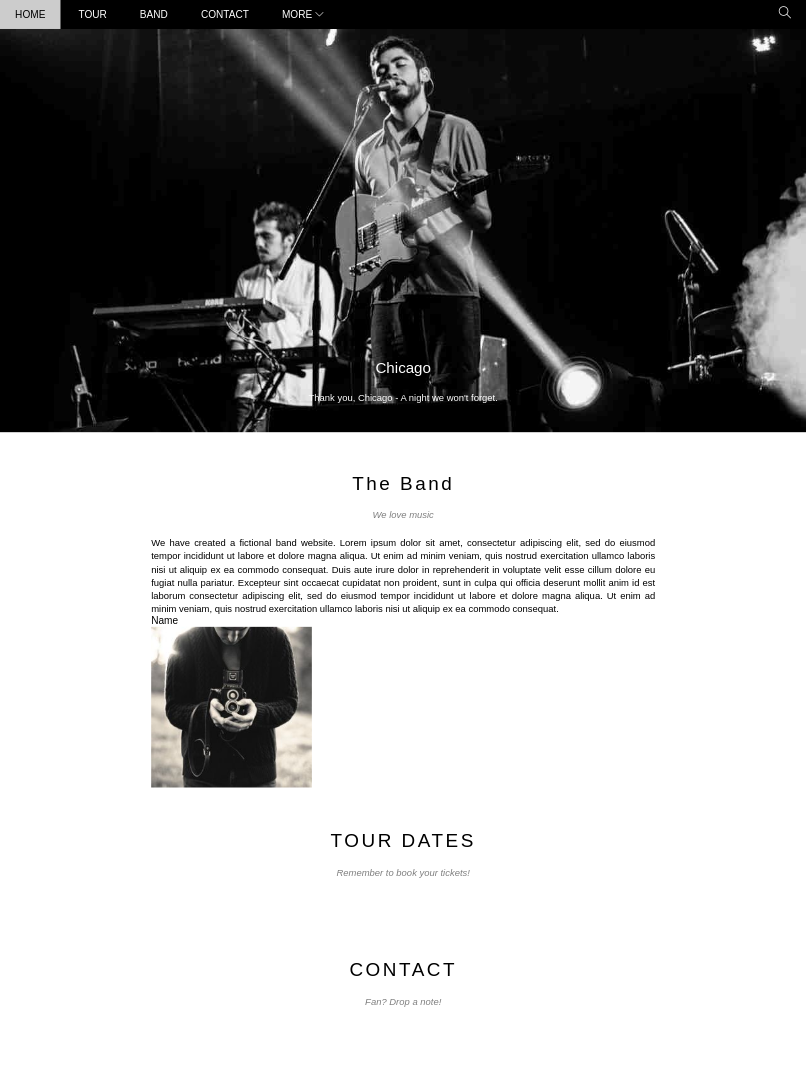
Repository: ducvui2003/LTCB
Page: index.html
These files come from the project's save history. The page is drawn as it stood at one moment and after the next save; the edit follows.
The browser window is 1280 px wide. The pictures show the whole page, at 63% of full size.

Above is the page before, as saved 2022-01-08 10:46:55.

### index.html
<!DOCTYPE html>
<html lang="en">

<head>
    <meta charset="UTF-8">
    <meta http-equiv="X-UA-Compatible" content="IE=edge">
    <meta name="viewport" content="width=device-width, initial-scale=1.0">
    <title>The Band W3_School</title>
    <link rel="stylesheet" href="./assest/Css/styles.css">
    <link rel="stylesheet" href="./assest/Fonts/themify-icons-font (1)/themify-icons/themify-icons.css">
</head>

<body>
    <div id="main">
        <!-- Begin: Header -->
        <div id="header">
            <!-- Begin: Nav -->
            <ul id="nav">
                <li>
                    <a href="">Home</a>
                </li>
                <li>
                    <a href="">Tour</a>
                </li>
                <li>
                    <a href="">Band</a>
                </li>
                <li>
                    <a href="">Contact</a>
                </li>
                <li>
                    <a href="">
                        More
                        <!-- icons -->
                        <i class="nav-arrow-down ti-angle-down"></i>
                    </a>
                    <ul class="subnav">
                        <li>
                            <a href="">Merchandise</a>
                        </li>
                        <li>
                            <a href="">Extras</a>
                        </li>
                        <li>
                            <a href="">Media</a>
                        </li>
                    </ul>
                </li>
            </ul>
            <!-- End: Nav -->
            <!-- Begin: Search button -->
            <div class="search-button">
                <i class="search-icon ti-search"></i>
            </div>
            <!-- End: Search button -->
        </div>
        <!-- End: Header -->

        <!-- Begin: Slides -->
        <div id="slides">
            <div class="text-content">
                <h2 class="text-heading">Chicago</h2>
                <div class="text-paragraph">Thank you, Chicago - A night we won't forget.
                </div>
            </div>
        </div>
        <!-- End: Slides -->

        <!-- Begin: Content -->
        <div id="content">

            <!-- About section -->
            <div class="content-section">
                <h1 class="section-heading">The Band</h1>
                <p class="section-sub-heading">We love music

                </p>
                <p class="content-text">We have created a fictional band website. Lorem ipsum dolor sit amet, consectetur adipiscing elit, sed do eiusmod tempor incididunt ut labore et dolore magna aliqua. Ut enim ad minim veniam, quis nostrud exercitation ullamco laboris nisi
                    ut aliquip ex ea commodo consequat. Duis aute irure dolor in reprehenderit in voluptate velit esse cillum dolore eu fugiat nulla pariatur. Excepteur sint occaecat cupidatat non proident, sunt in culpa qui officia deserunt mollit anim
                    id est laborum consectetur adipiscing elit, sed do eiusmod tempor incididunt ut labore et dolore magna aliqua. Ut enim ad minim veniam, quis nostrud exercitation ullamco laboris nisi ut aliquip ex ea commodo consequat.</p>
                <div class="member-list">
                    <div class="member-item">
                        <p class="member-name">Name</p>
                        <img src="./assest/Img/membersAvatar.jpg" alt="Name" class="member-avatar">
                    </div>
                </div>

                <!-- Tour section -->
                <div class="content-section">
                    <h1 class="section-heading">TOUR DATES</h1>
                    <p class="section-sub-heading">Remember to book your tickets!</p>

                </div>

                <!-- Contact section -->
                <div class="content-section">
                    <h1 class="section-heading">CONTACT</h1>
                    <p class="section-sub-heading">Fan? Drop a note! </p>

                </div>

            </div>
            <!-- End: Content -->
            <div id="footer"></div>
        </div>
</body>

</html>

### assest/Css/styles.css
* {
    padding: 0;
    margin: 0;
    box-sizing: border-box;
}

html {
    font-family: Arial, Helvetica, sans-serif;
}

#main {}

#header {
    position: fixed;
    top: 0;
    right: 0;
    left: 0;
    /* fixed đang nổi lên nó sẽ nhường vị trí cho div slides tiếp theo */
    height: 46px;
    background-color: black;
    z-index: 1;
    /* dùng để thêm vào thẻ fixed nhằm đẩy block lên trên các block khác theo chiều cao, giá trị là 0, 1,... */
}

#nav {
    display: inline-block;
    /* display để thẻ nav chỉ dài đúng nội dung của nó thôi */
}

#nav,
.subnav {
    list-style: none;
}

#nav>li {
    display: inline-block;
}

#nav li {
    position: relative;
}

#nav>li>a {
    color: white;
    text-transform: uppercase;
    /* chinh chu thuong thanh hoa */
}

#nav li a {
    text-decoration: none;
    line-height: 46px;
    padding: 0 24px;
    display: block;
}

#nav li:hover .subnav {
    display: block;
}

#nav>li:hover>a,
#nav .subnav li:hover a {
    background-color: #ccc;
    color: black;
}

#nav li:hover a {
    /* line-height: 46px; */
}

#nav .subnav {
    display: none;
    position: absolute;
    top: 46px;
    background-color: #fff;
    box-shadow: 0 0 10px rgba(0, 0, 0, 0.3);
}

#nav .subnav li a {
    color: black;
    padding: 0 16px;
    line-height: 38px;
    width: 160px;
}

#nav .nav-arrow-down {
    font-size: 14px;
}

#header .search-button {
    float: right;
    /* thẻ search-button là thẻ div, có tính kế thừa chiều ngang, nên khi float vào sẽ vô hiệu hoá tính kế thừa chiều ngang đó */
    line-height: 46px;
    padding: 0 24px;
}

#header .search-button:hover {
    background-color: #f44336;
    cursor: pointer;
    /* Dùng để thay đổi con trỏ chuột khi di vào */
}

#header .search-icon {
    color: white;
    font-size: 20px;
}

#slides {
    /* min-height: 1000px; */
    /* background-color: pink; */
    margin-top: 46px;
    padding-top: 50%;
    /* 50% chieu ngang cua chinh the do */
    background: url('/assest/Img/Slide1.jpg') top center / cover no-repeat;
    /* shorthand */
    position: relative;
}

#slides .text-content {
    position: absolute;
    bottom: 46px;
    left: 50%;
    /* Cách lề trái 50% chiều ngang */
    transform: translateX(-50%);
    /* Dùng để lùi thẻ theo trục X 50% chiều dài -> Mục đích kết hợp vs transform để căn giữa block */
    color: white;
    text-align: center;
    /* Dùng để căn giữa content, ko dùng để căn block */
    /* cách 2: Thêm width: 100% */
    /* /* cách 3 left: 0 right: 0; */
}

#slides .text-heading {
    font-weight: 500;
    /* dùng để điều chỉnh lại độ dày của chữ, giá trị từ 100-1000  */
    font-size: 24px;
    margin-bottom: 25px;
}

#slides .text-paragraph {
    font-size: 15px;
}

#content {}

#content .content-section {
    width: 800px;
    padding: 64px 0;
    margin-left: auto;
    margin-right: auto;
}

#content .section-heading {
    font-size: 30px;
    font-weight: 500;
    text-align: center;
    letter-spacing: 4px;
}

#content .section-sub-heading {
    font-size: 15px;
    text-align: center;
    margin-top: 25px;
    font-style: italic;
    opacity: 0.5;
}

#content .content-text {
    font-size: 15px;
    margin-top: 25px;
    text-align: justify;
    /* Can deu van ban */
    line-height: 1.4;
    /* Khoang cach giua 2 hang chu */
}

#footer {}

Loaded but not shown: assest/Fonts/themify-icons-font (1)/themify-icons/themify-icons.css (common file)

After the next save:
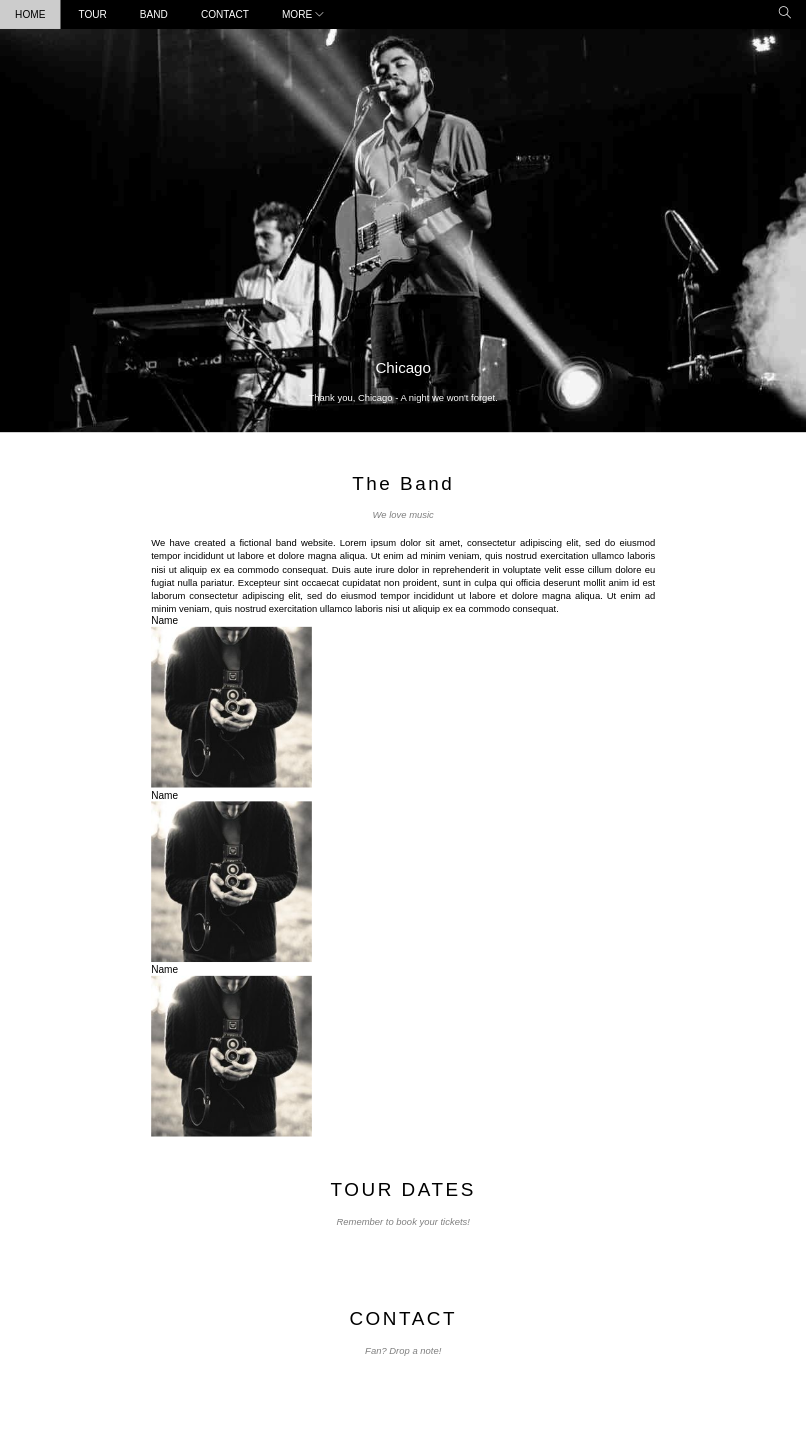
Saved 32 s later.
--- a/index.html
+++ b/index.html
@@ -83,6 +83,16 @@
                         <p class="member-name">Name</p>
                         <img src="./assest/Img/membersAvatar.jpg" alt="Name" class="member-avatar">
                     </div>
+
+                    <div class="member-item">
+                        <p class="member-name">Name</p>
+                        <img src="./assest/Img/membersAvatar.jpg" alt="Name" class="member-avatar">
+                    </div>
+
+                    <div class="member-item">
+                        <p class="member-name">Name</p>
+                        <img src="./assest/Img/membersAvatar.jpg" alt="Name" class="member-avatar">
+                    </div>
                 </div>
 
                 <!-- Tour section -->
